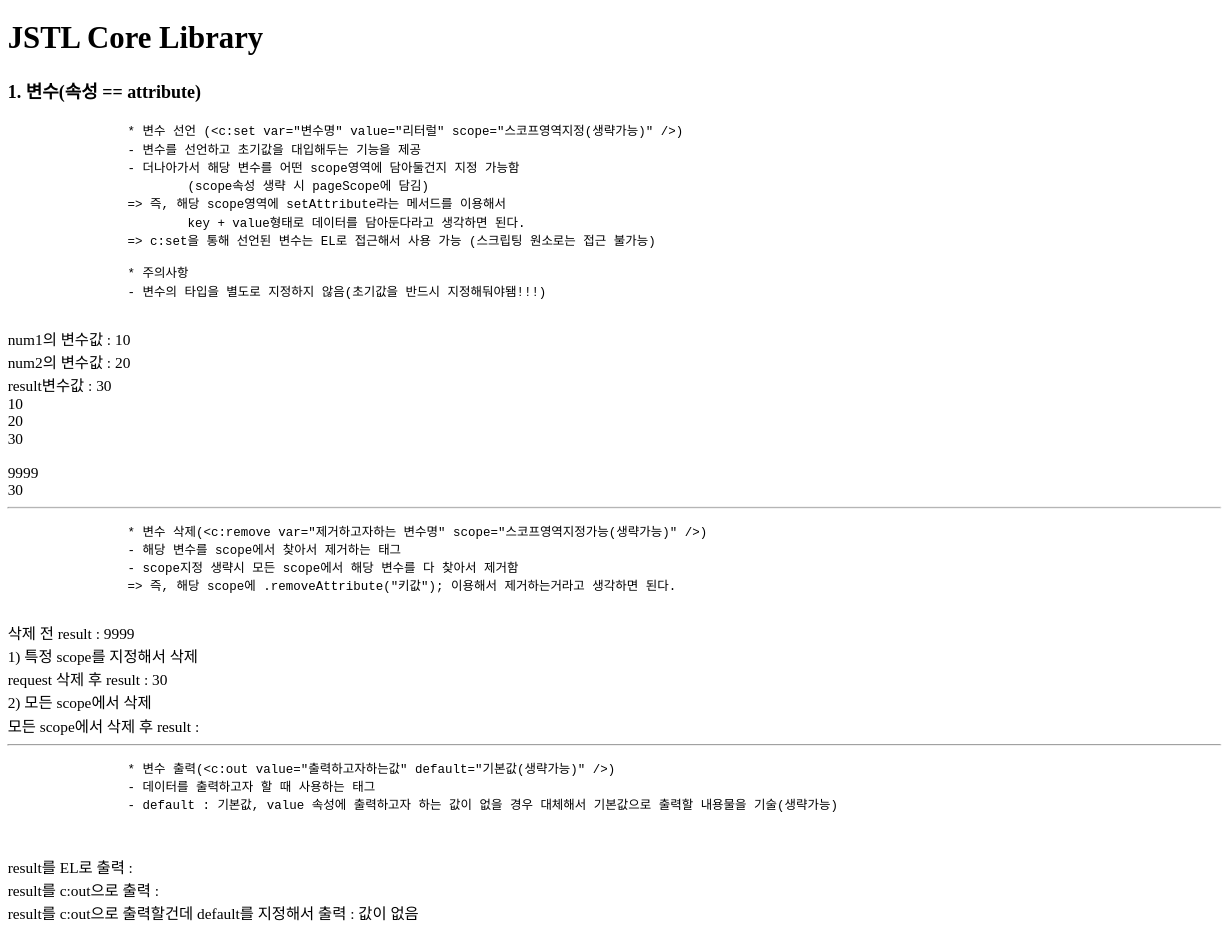
Repository: DonghwanSon1/ajax-jsp-study
Page: http://localhost/ActionProject/views/3_CustomAction/01_core.jsp
An editor plug-in stored every save of this project. The page is shown before and after the next save, followed by the edit.
The browser window is 1280 px wide. The pictures show the whole page, at 96% of full size.
The page is served by Tomcat 9. Other server files are loaded and not shown.

Above is the page before, as saved 2022-07-12 06:52:50.

### ActionProject/WebContent/views/3_CustomAction/01_core.jsp
<%@ page language="java" contentType="text/html; charset=UTF-8"
    pageEncoding="UTF-8"%>
<%@ taglib prefix="c" uri="http://java.sun.com/jsp/jstl/core" %>
<!DOCTYPE html>
<html>
<head>
<meta charset="UTF-8">
<title>정말 중요한 core 페이지</title>
</head>
<body>


	<h1>JSTL Core Library</h1>

	<h3>1. 변수(속성 == attribute)</h3>

	<pre>
		* 변수 선언 (&lt;c:set var="변수명" value="리터럴" scope="스코프영역지정(생략가능)" /&gt;)
		- 변수를 선언하고 초기값을 대입해두는 기능을 제공
		- 더나아가서 해당 변수를 어떤 scope영역에 담아둘건지 지정 가능함
			(scope속성 생략 시 pageScope에 담김)
		=> 즉, 해당 scope영역에 setAttribute라는 메서드를 이용해서
			key + value형태로 데이터를 담아둔다라고 생각하면 된다.
		=> c:set을 통해 선언된 변수는 EL로 접근해서 사용 가능 (스크립팅 원소로는 접근 불가능)

		* 주의사항
		- 변수의 타입을 별도로 지정하지 않음(초기값을 반드시 지정해둬야됌!!!)
	</pre>

	<c:set var="num1" value="10"></c:set> <!-- pageScope에 담김 pageContext.setAttribute("num1", "10"); -->
	<c:set var="num2" value="20" scope="request"></c:set> <!-- requestScope에 담김 request.setAttribute("num2", "20"); -->

	num1의 변수값 : ${ num1 } <br>
	num2의 변수값 : ${ num2 } <br>

	<c:set var="result" value="${ num1 + num2 }" scope="session"></c:set>

	result변수값 : ${ result } <br>

	<!--
		변수명만 제시하면 공유범위가 작은 곳에서부터 찾음
		: 티가 나지는 않지만 속도가 느려질수도 있다.(스코프영역.변수명 을 권장)
	 -->

	${ pageScope.num1 } <br>
	${ requestScope.num2 } <br>
	${ sessionScope.result } <br><br>

	<c:set var="result" scope="request"	>9999</c:set>
	<!-- value속성 말고 시작태그와 종료태그 사이에도 대입할 값을 기술 가능 -->

	${ requestScope.result } <br>
	${ sessionScope.result } <br>

	<hr>

	<pre>
		* 변수 삭제(&lt;c:remove var="제거하고자하는 변수명" scope="스코프영역지정가능(생략가능)" /&gt;)
		- 해당 변수를 scope에서 찾아서 제거하는 태그
		- scope지정 생략시 모든 scope에서 해당 변수를 다 찾아서 제거함
		=> 즉, 해당 scope에 .removeAttribute("키값"); 이용해서 제거하는거라고 생각하면 된다.
	</pre>

	삭제 전 result : ${ result } <br>
	1) 특정 scope를 지정해서 삭제 <br>
	<c:remove var="result" scope="request" />

	request 삭제 후 result : ${ result } <br>

	2) 모든 scope에서 삭제 <br>
	<c:remove var="result" />
	모든 scope에서 삭제 후 result : ${ result } <br>

	<hr>

	<pre>
		* 변수 출력(&lt;c:out value="출력하고자하는값" default="기본값(생략가능)" /&gt;)
		- 데이터를 출력하고자 할 때 사용하는 태그
		- default : 기본값, value 속성에 출력하고자 하는 값이 없을 경우 대체해서 기본값으로 출력할 내용물을 기술(생략가능)

	</pre>

	result를 EL로 출력 : ${ result } <br>
	result를 c:out으로 출력 : <c:out value="${ result }" /> <br>
	result를 c:out으로 출력할건데 default를 지정해서 출력 : <c:out value="${ result }" default="값이 없음" /> <br><br>












</body>
</html>

After the next save:
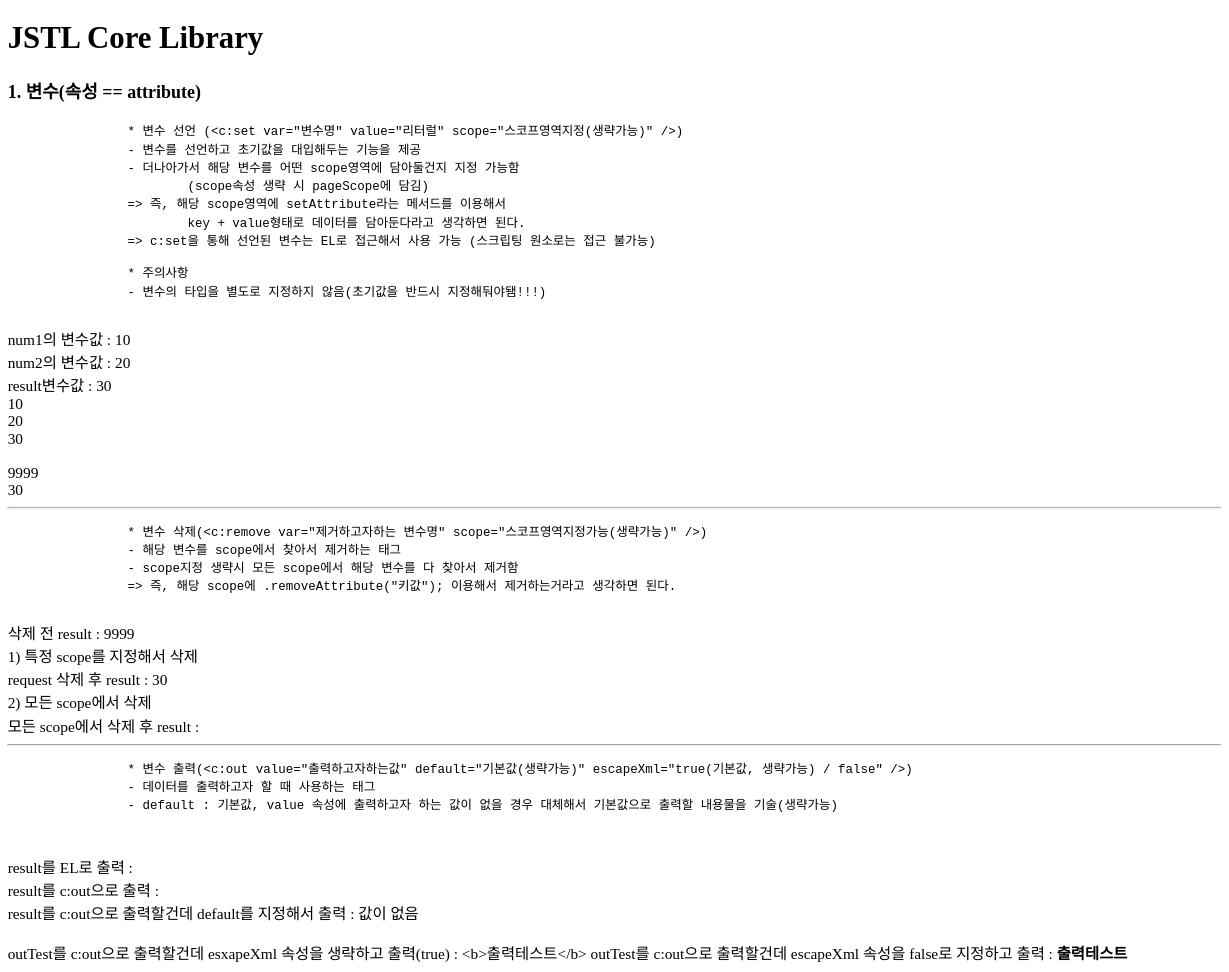
Saved 15 min 2 s later.
--- a/ActionProject/WebContent/views/3_CustomAction/01_core.jsp
+++ b/ActionProject/WebContent/views/3_CustomAction/01_core.jsp
@@ -74,7 +74,7 @@
 	<hr>
 
 	<pre>
-		* 변수 출력(&lt;c:out value="출력하고자하는값" default="기본값(생략가능)" /&gt;)
+		* 변수 출력(&lt;c:out value="출력하고자하는값" default="기본값(생략가능)" escapeXml="true(기본값, 생략가능) / false" /&gt;)
 		- 데이터를 출력하고자 할 때 사용하는 태그
 		- default : 기본값, value 속성에 출력하고자 하는 값이 없을 경우 대체해서 기본값으로 출력할 내용물을 기술(생략가능)
 
@@ -84,8 +84,12 @@
 	result를 c:out으로 출력 : <c:out value="${ result }" /> <br>
 	result를 c:out으로 출력할건데 default를 지정해서 출력 : <c:out value="${ result }" default="값이 없음" /> <br><br>
 
+	<!-- escapeXml 테스트 -->
+	<!-- 테스트하기 위한 변수 선언 -->
+	<c:set var="outTest" value="<b>출력테스트</b>" />
 
-
+	outTest를 c:out으로 출력할건데 esxapeXml 속성을 생략하고 출력(true) : <c:out value="${ outTest }"/>
+	outTest를 c:out으로 출력할건데 escapeXml 속성을 false로 지정하고 출력 : <c:out value="${ outTest }" escapeXml="false" />
 
 
 
